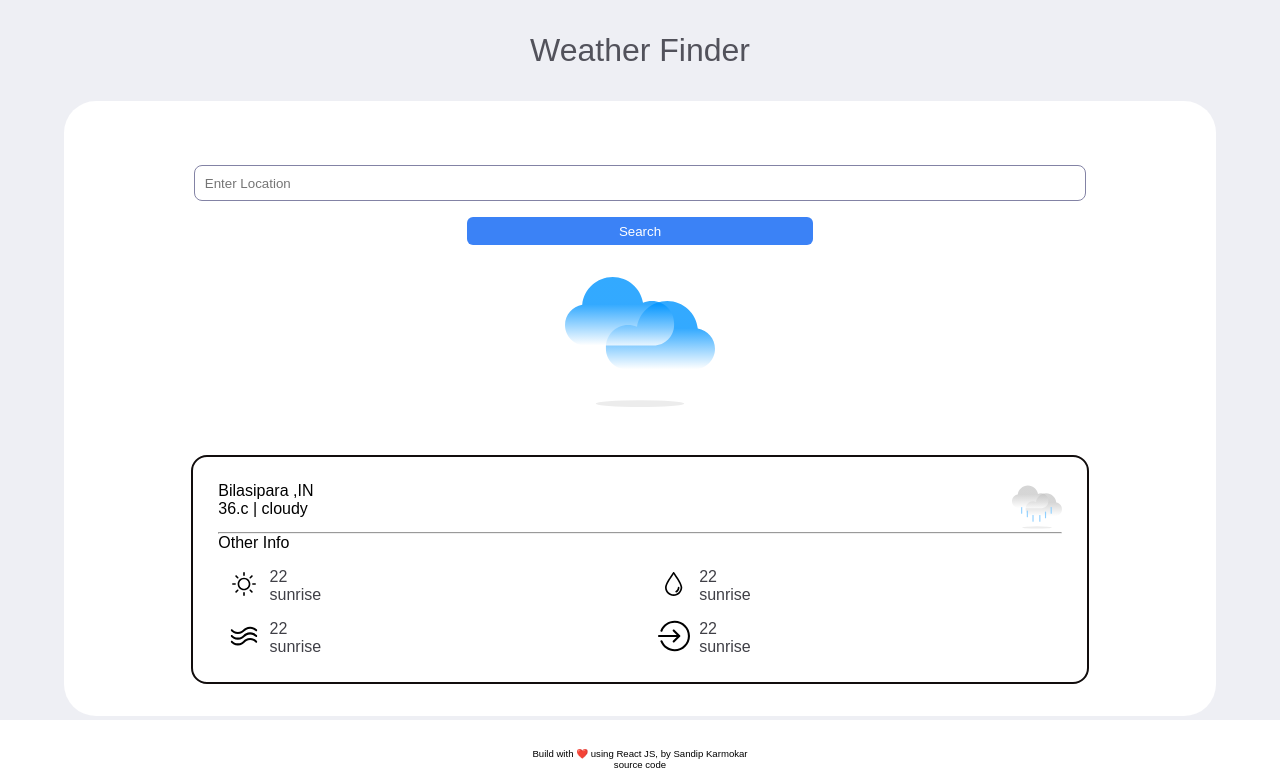
Repository: sandipkarmokar/weather-app
Page: /
The author's editor kept a copy of each file at every save. The page is drawn from the files as they stood at one save, then again after the next save.
The browser window is 1280 px wide. The pictures show the whole page.
The project was rebuilt for these pictures with package versions that can differ from the ones it lists, and the page was loaded fresh each time.

Above is the page before, as saved 2022-04-12 17:27:57.

### src/App.js
import { useState, useEffect } from 'react';
import './App.css';
import WeatherForm from './components/WeatherForm';
import WeatherInfoShow from './components/WeatherInfoShow';

export const WeatherIcons = {
    '01d': '../icons/sunny.svg',
    '01n': '../icons/night.svg',
    '02d': '../icons/day.svg',
    '02n': '../icons/cloudy-night.svg',
    '03d': '../icons/cloudy.svg',
    '03n': '../icons/cloudy.svg',
    '04d': '../icons/perfect-day.svg',
    '04n': '../icons/cloudy-night.svg',
    '09d': '../icons/rain.svg',
    '09n': '../icons/rain-night.svg',
    '10d': '../icons/rain.svg',
    '10n': '../icons/rain-night.svg',
    '11d': '../icons/storm.svg',
    '11n': '../icons/storm.svg',
};

function App() {
    const [city, setCity] = useState('');
    const [weatherData, setWeatherData] = useState([]);

    console.log(weatherData);
    const url = `https://api.openweathermap.org/data/2.5/weather?q=${city}&appid=390f3fd7515cacb5596ae4765de92a6d`;

    const fetchData = async (e) => {
        e.preventDefault();
        try {
            const response = await fetch(url);
            const data = await response.json();

            setWeatherData(data);
            console.log('data fetched');
        } catch (error) {
            console.log(error);
        }
    };

    return (
        <div className="app">
            <div className="heading">
                <p>Weather Finder</p>
            </div>
            <div className="app-container">
                <WeatherForm
                    city={city}
                    setCity={setCity}
                    fetchData={fetchData}
                ></WeatherForm>

                {/* {weatherData.length !== 0 && city ? (
                    <WeatherInfoShow
                        weatherData={weatherData}
                    ></WeatherInfoShow>
                ) : (
                    ''
                )} */}
                <WeatherInfoShow weatherData={weatherData}></WeatherInfoShow>
            </div>
            <footer>
                <p>Build with ❤️ using React JS, by Sandip Karmokar</p>
                <p>source code</p>
            </footer>
        </div>
    );
}

export default App;

### src/App.css
* {
    margin: 0;
    padding: 0;
    box-sizing: border-box;
    font-family: Arial, Helvetica, sans-serif;
}

.app {
    background-color: #eeeff4;
    height: 100vh;
}

.app .heading p {
    color: #52525b;
    padding-top: 2rem;
    font-size: 2rem;
    text-align: center;
}

.app .app-container {
    width: 90%;
    margin: 2rem auto;
    background: #ffffff;
    border-radius: 2rem;
    padding: 1rem 0;
}

.app .app-container .weather-form {
    width: 86%;
    margin: 0 auto;
    display: flex;
    flex-direction: column;
}

.app .app-container .weather-form input {
    padding: 0.6rem;
    margin: 1rem auto;
    border: 0.5px solid #8383a5;
    border-radius: 8px;
    width: 90%;
    margin-top: 3rem;
}
.app .app-container .weather-form button {
    width: 35%;
    margin: 0 auto;
    padding: 0.4rem;
    background-color: #3b82f6;
    color: #ffffff;
    border: none;
    border-radius: 6px;
    cursor: pointer;
}
.app .app-container .weather-form img {
    width: 150px;

    margin: 2rem auto;
}

.app .app-container .weather-info-show {
    background-color: #ffffff;
    width: 78%;
    border: 2px solid rgb(17, 13, 13);
    margin: 1rem auto;
    border-radius: 1rem;
    padding: 1.6rem;
}
.app .app-container .weather-info-show .main-info {
    display: flex;
    justify-content: space-between;
}

.app .app-container .weather-info-show .main-info img {
    width: 50px;
    height: 50px;
}

.app .app-container .weather-info-show .other-info {
    display: flex;
    flex-direction: column;
}
.app .app-container .weather-info-show .other-info .other-info-data {
    display: grid;

    grid-template-columns: 1fr 1fr;
    grid-template-rows: 1fr 1fr;
    gap: 1rem;
    margin-top: 1rem;
}

.app .app-container .weather-info-show .other-info .other-info-data .item {
    display: flex;
}

.app .app-container .weather-info-show .other-info .other-info-data .item img {
    height: 32px;
    width: 32px;
    margin: 0 0.6rem;
}

.app
    .app-container
    .weather-info-show
    .other-info
    .other-info-data
    .item
    .sub-info {
    display: flex;
    flex-direction: column;
}

.app
    .app-container
    .weather-info-show
    .other-info
    .other-info-data
    .item
    .sub-info
    .data {
    color: #3f3f46;
}
.app
    .app-container
    .weather-info-show
    .other-info
    .other-info-data
    .item
    .sub-info
    .sub-info-title {
    color: #3f3f46;
    font-size: 1rem;
}

.app footer p {
    text-align: center;
    font-size: 0.6rem;
}

### src/components/WeatherForm.js
import React from 'react';
import mainImage from '../icons/perfect-day.svg';

const WeatherForm = ({ city, setCity, fetchData }) => {
    return (
        <div className="weather-form">
            <input
                type="text"
                placeholder="Enter Location"
                value={city}
                onChange={(e) => setCity(e.target.value)}
            />
            <button onClick={fetchData}>Search</button>
            <img src={mainImage} alt="" />
        </div>
    );
};

export default WeatherForm;

### src/components/WeatherInfoShow.js
import React from 'react';
import imagex from '../icons/cloudy.svg';
import { WeatherIcons } from '../App';

import sunset from '../icons/temp.svg';
import sunrise from '../icons/temp.svg';
import humidity from '../icons/humidity.svg';
import wind from '../icons/wind.svg';
import pressure from '../icons/pressure.svg';

// export default const WeatherInfoIcons = {
// sunset: '../icons/temp.svg',
// sunrise: '../icons/temp.svg',
// humidity: '../icons/humidity.svg',
// wind: '../icons/wind.svg',
// pressure: '../icons/pressure.svg',
// };

const WeatherInfoShow = ({ weatherData }) => {
    return (
        <div className="weather-info-show">
            <div className="main-info">
                <div className="info">
                    <div className="location">Bilasipara ,IN</div>
                    <p>36.c | cloudy</p>
                </div>

                {/* <img src={WeatherIcons['04d']} alt="" /> */}
                <img src={imagex} alt="" />
            </div>
            <hr className="line" />
            <div className="other-info">
                <p>Other Info</p>
                <div className="other-info-data">
                    <div className="item">
                        <img src={sunrise} alt="" />
                        <div className="sub-info">
                            <p className="data">22</p>
                            <p className="sub-info-title">sunrise</p>
                        </div>
                    </div>
                    <div className="item">
                        <img src={humidity} alt="" />
                        <div className="sub-info">
                            <p className="data">22</p>
                            <p className="sub-info-title">sunrise</p>
                        </div>
                    </div>
                    <div className="item">
                        <img src={wind} alt="" />
                        <div className="sub-info">
                            <p className="data">22</p>
                            <p className="sub-info-title">sunrise</p>
                        </div>
                    </div>
                    <div className="item">
                        <img src={pressure} alt="" />
                        <div className="sub-info">
                            <p className="data">22</p>
                            <p className="sub-info-title">sunrise</p>
                        </div>
                    </div>
                </div>
            </div>
        </div>
    );
};

export default WeatherInfoShow;

Loaded but not shown: public/index.html (common file); src/index.js (common file); src/index.css (common file); src/reportWebVitals.js (common file)

After the next save:
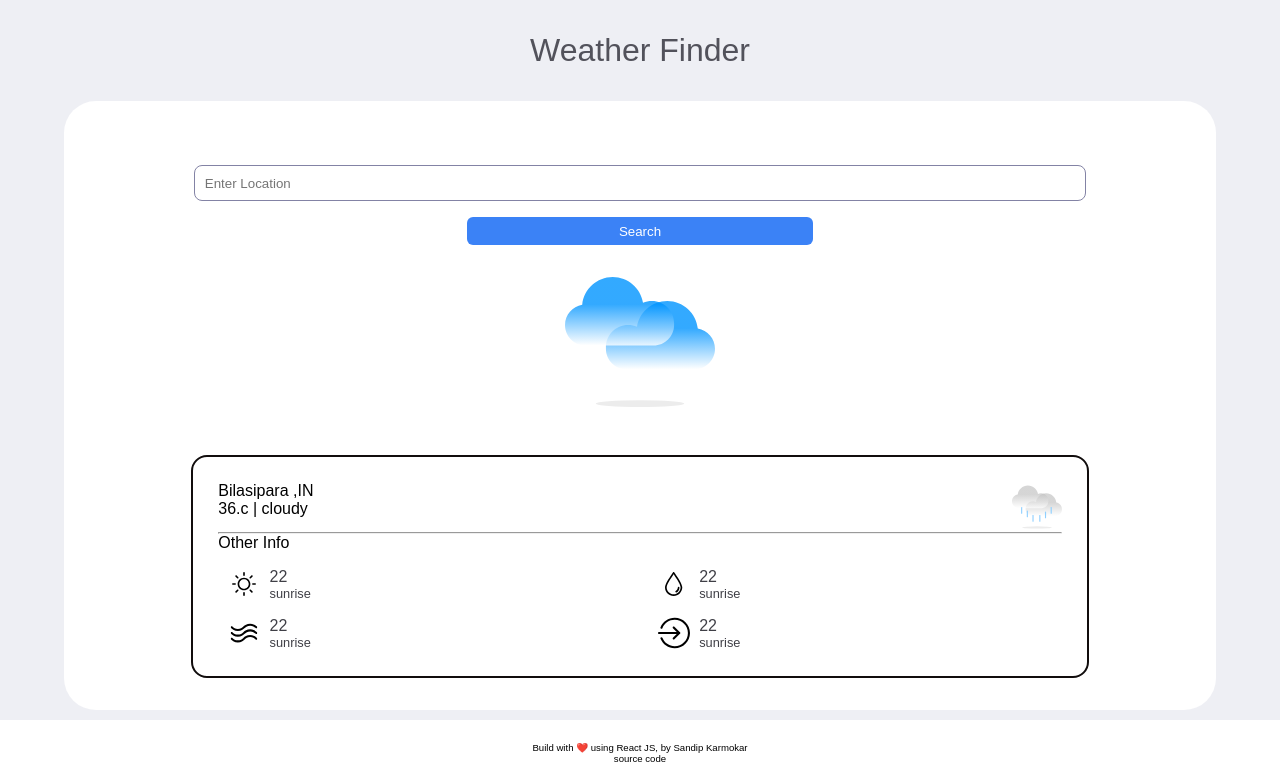
Saved 5 s later.
--- a/src/App.css
+++ b/src/App.css
@@ -127,7 +127,7 @@
     .sub-info
     .sub-info-title {
     color: #3f3f46;
-    font-size: 1rem;
+    font-size: 0.8rem;
 }
 
 .app footer p {
